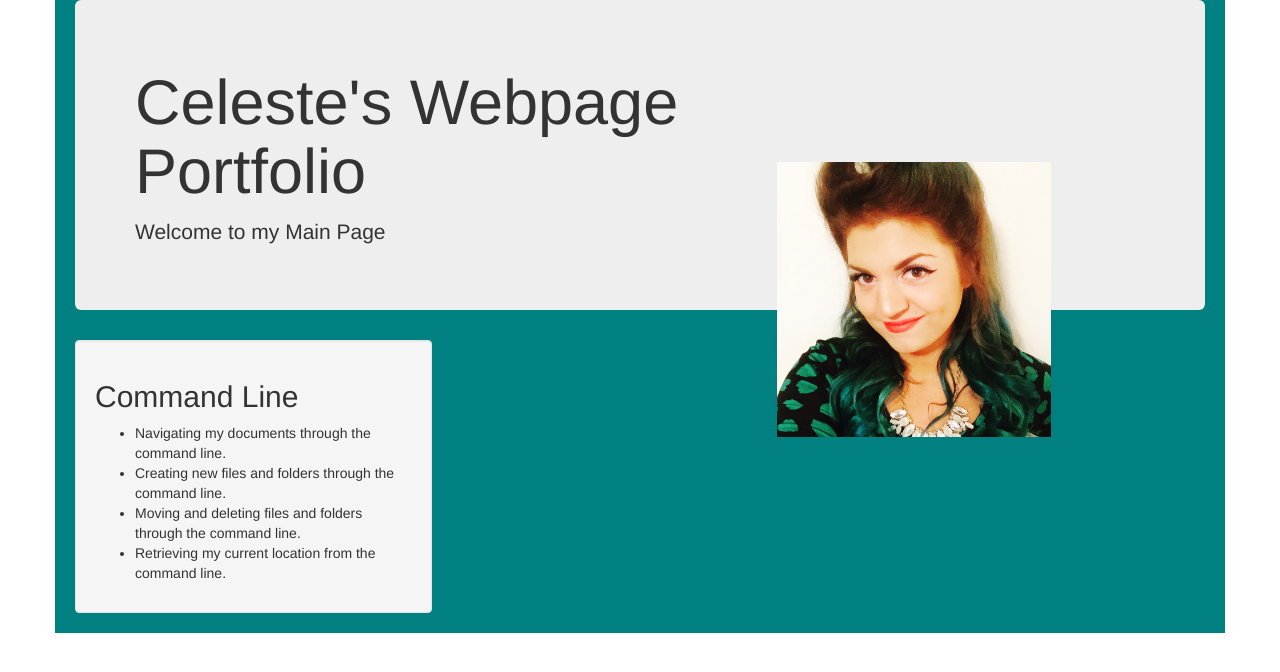
Repository: fieldceleste/portfolio-celeste
Page: portfolio-celeste.html
These files come from the project's save history. The page is drawn as it stood at one moment and after the next save; the edit follows.
The browser window is 1280 px wide. The pictures show the whole page.

Above is the page before, as saved 2019-11-01 12:25:21.

After the next save:
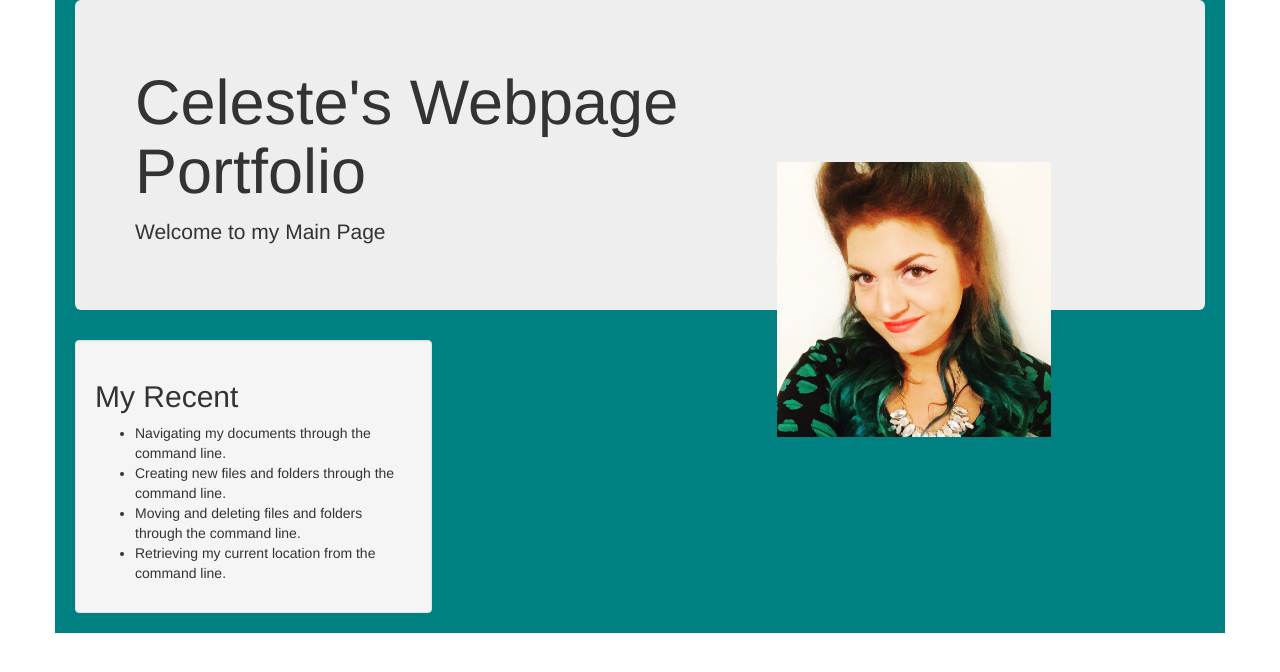
Saved 8 min 10 s later.
--- a/portfolio-celeste.html
+++ b/portfolio-celeste.html
@@ -14,7 +14,11 @@
     <div class="row">
       <div class="col-md-4">
         <div class="well">
-          <h2>Command Line</h2>
+            <div class=".bg-success">
+
+        </div>
+
+          <h2>My Recent </h2>
           <ul>
             <li>Navigating my documents through the command line.</li>
             <li>Creating new files and folders through the command line.</li>
